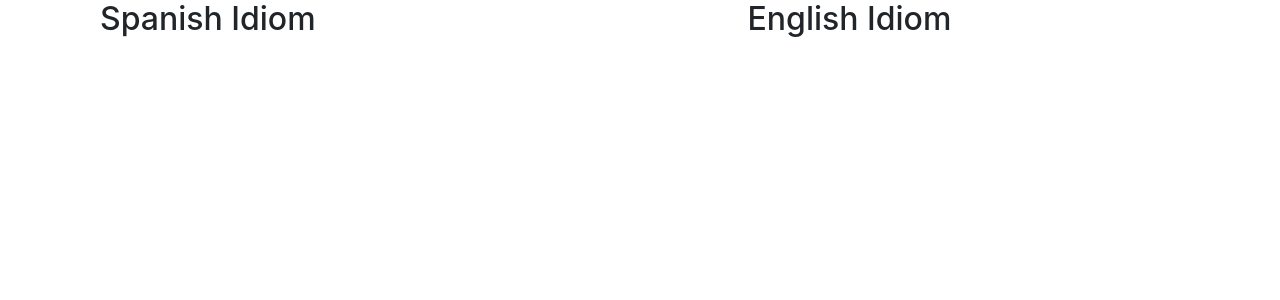
Repository: JK27/idioms-english-spanish
Page: http://localhost/
The author's editor kept a record of every edit. The page is drawn from the files as they stood at one moment, then again after the next edit.
The browser window is 1280 px wide. The pictures show the whole page.
The page is served by the project's application, run on Flask 3 (idioms.py). Queries for data that is not in the repository find no rows.

Above is the page before.
Console error: TypeError: Cannot read properties of undefined (reading 'fn')

After the next edit:
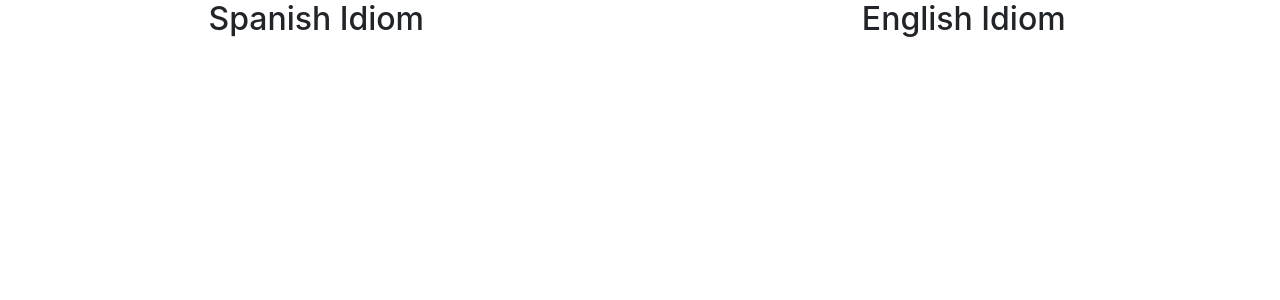
The edit:
--- a/static/css/style.css
+++ b/static/css/style.css
@@ -1,3 +1,7 @@
+h2 {
+    text-align: center;
+}
+
 .row {
     margin-right: 0px;
     margin-left: 0px;
